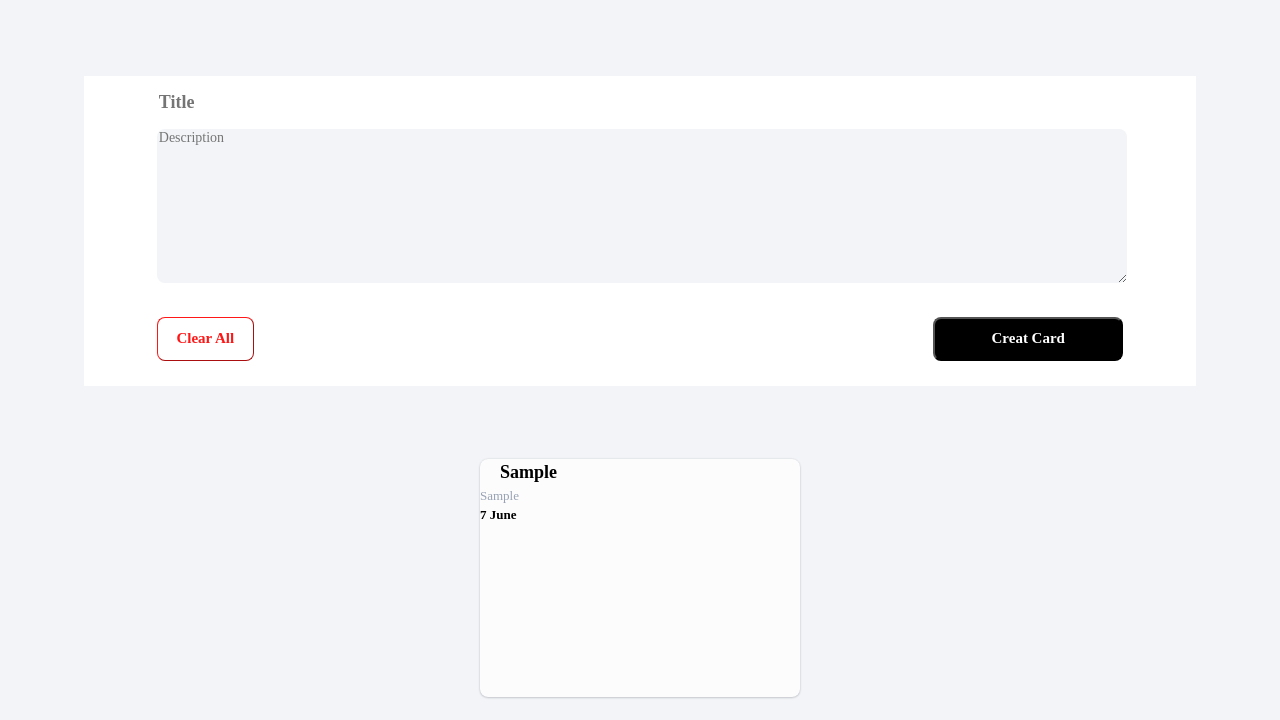
Repository: ReyhanehRahmani/TO-DO
Page: index.html
These files come from the project's save history. The page is drawn as it stood at one moment and after the next save; the edit follows.
The browser window is 1280 px wide. The pictures show the whole page.
Empty fields were first filled with sample values (such as "Sample", 5 or name@example.com).
After loading, the first visible `#creatbut` was clicked once.

Above is the page before, as saved 2025-06-08 10:44:47.

After the next save:
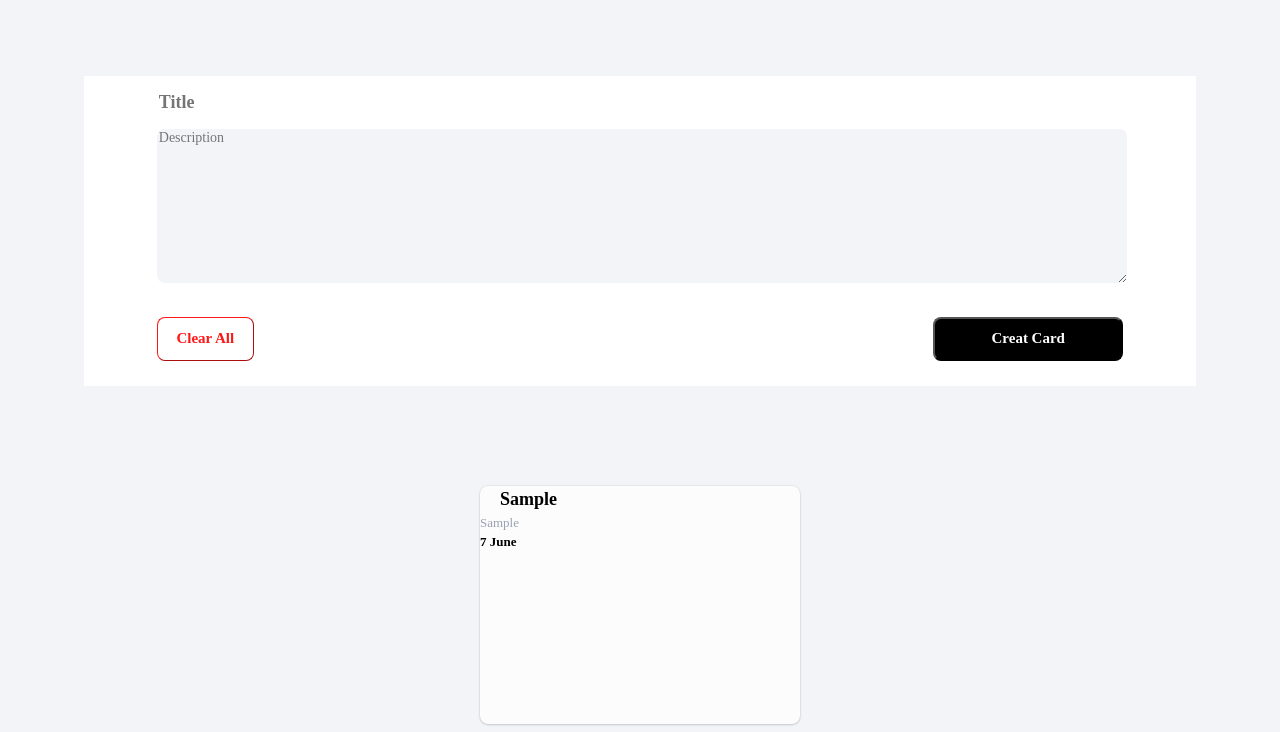
Saved 19 s later.
--- a/style.css
+++ b/style.css
@@ -124,7 +124,7 @@ body{
     line-height: 150%;
     letter-spacing: -2%;
     margin-left: 6.25%;
-    margin-top: 10.1%;
+    margin-top: 100px;
 }
 
 .cardDate{
